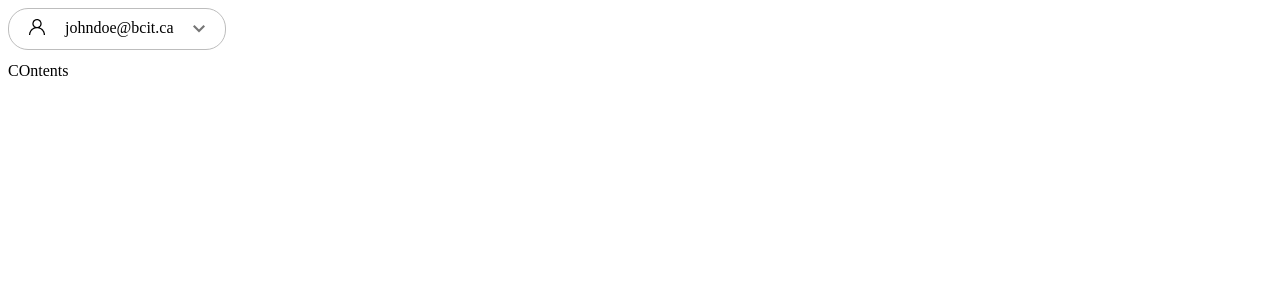
Repository: kerudai/mdiat3126nextapp
Page: /
An editor plug-in stored every save of this project. The page is shown before and after the next save, followed by the edit.
The browser window is 1280 px wide. The pictures show the whole page.
The project was rebuilt for these pictures with package versions that can differ from the ones it lists, and the page was loaded fresh each time. The framework's server and built-in components were replaced by stand-ins that run in the browser. Also part of the build but not shown: pages/app.scss.

Above is the page before, as saved 2020-09-29 21:37:25.

### pages/_app.js
import './app.scss';

function MyApp({ Component, pageProps }) {
  return <Component {...pageProps} />
}

export default MyApp

### pages/index.js
import React from 'react';
import Menu from '../comps/Menu';

export default function Home() {
  return <div>
    <div>
      <Menu />
    </div>
    <div>
      COntents
    </div>
  </div>

}

### comps/Menu/index.js
import React, {useState, useEffect} from 'react';
import styled from 'styled-components';

const Container = styled.div`
    display: inline-flex;
    flex-direction: column;
`;
const DropDownMenu = styled.div`
    border: 1px solid #BDBDBD;
    box-sizing: border-box;
    border-radius: 20px;
    display: inline-flex;
    justify-content: center:
    align-items: center;
    cursor: pointer;
    background-color: #FFF;
    transition: background-color 0.5s;
    &:hover {
        background-color: #DDD;
    }
`;

const DropDownBox = styled.div`
width: 100%;
padding: 10px;
display: flex;
div {
    margin: 0 10px;
}
`;

const Expand = styled.div`
    background: #FFFFFF;
    border: 1px solid #EAEAEA;
    box-sizing: border-box;
    box-shadow: 5px 0px 18px rgba(0, 0, 0, 0.08);
    display: ${props=>props.expanded ? "inline-flex" : "hidden"};
    height: ${props=>props.expanded ? "auto" : "0px"};
    font-size: ${props=>props.expanded ? "18px" : "0px"};
    opacity: ${props=>props.expanded ? 1 : 0};
    transition: opacity 0.5s;
    flex-direction: column;
    margin-top: 10px;
    div {
        padding: ${props=>props.expanded ? "10px 15px" : "0px"};
        margin: ${props=>props.expanded ? "5px 0" : "0px"};
        cursor: pointer;
        &:hover {
            background-color:#DDD;
        }
    }
`;

//To let the dropdown arrow rotate
const ExpandImg = styled.img`

`;

const Menu = ({expand}) => {
    const [expanded, setExpanded] = useState(false);

    useEffect(()=>{
        setExpanded(expand);
    },[expand])

    return <Container>
        <DropDownMenu onClick = {()=>{
            setExpanded(!expanded);
        }}>
            <DropDownBox>
                <div><img src="/user.png" /></div>
                <div>johndoe@bcit.ca</div>
                <div><ExpandImg src="/expand.png" /></div>
            </DropDownBox>
        </DropDownMenu>
        <Expand expanded = {expanded}>
            <div>Change BG Color</div>
            <div>Change BG Image</div>
            <div>Help</div>
        </Expand>
    </Container>
}

Menu.defaultProps = {
    expand: false
}

export default Menu;

### comps/Content/index.js
import React from 'react';
import styled from 'styled-components';

const Container = styled.div`
    width: 100%;
    height: 100%;
    background-color: #DEFECD;
    min-width: 10px;
    min-height: 10px;
`;

const Content = () => {
    return <Container>


    </Container>
}

export default Content;

After the next save:
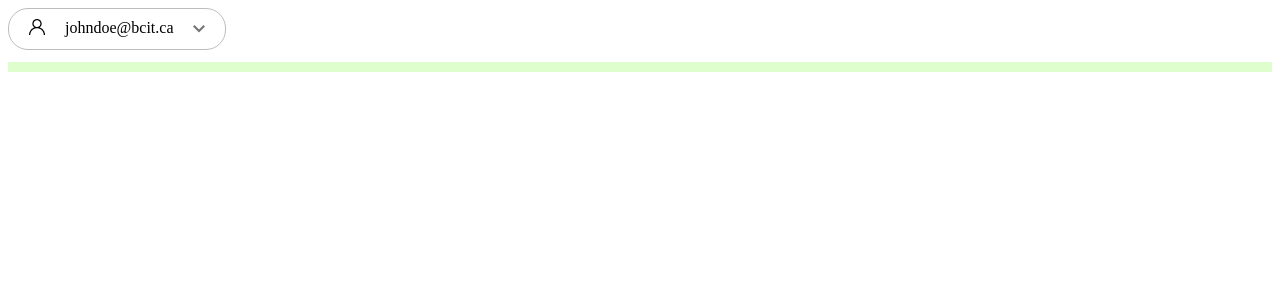
Saved 55 s later.
--- a/pages/index.js
+++ b/pages/index.js
@@ -1,5 +1,6 @@
 import React from 'react';
 import Menu from '../comps/Menu';
+import Content from '../comps/Content';
 
 export default function Home() {
   return <div>
@@ -7,7 +8,7 @@ export default function Home() {
       <Menu />
     </div>
     <div>
-      COntents
+      <Content />
     </div>
   </div>
 
